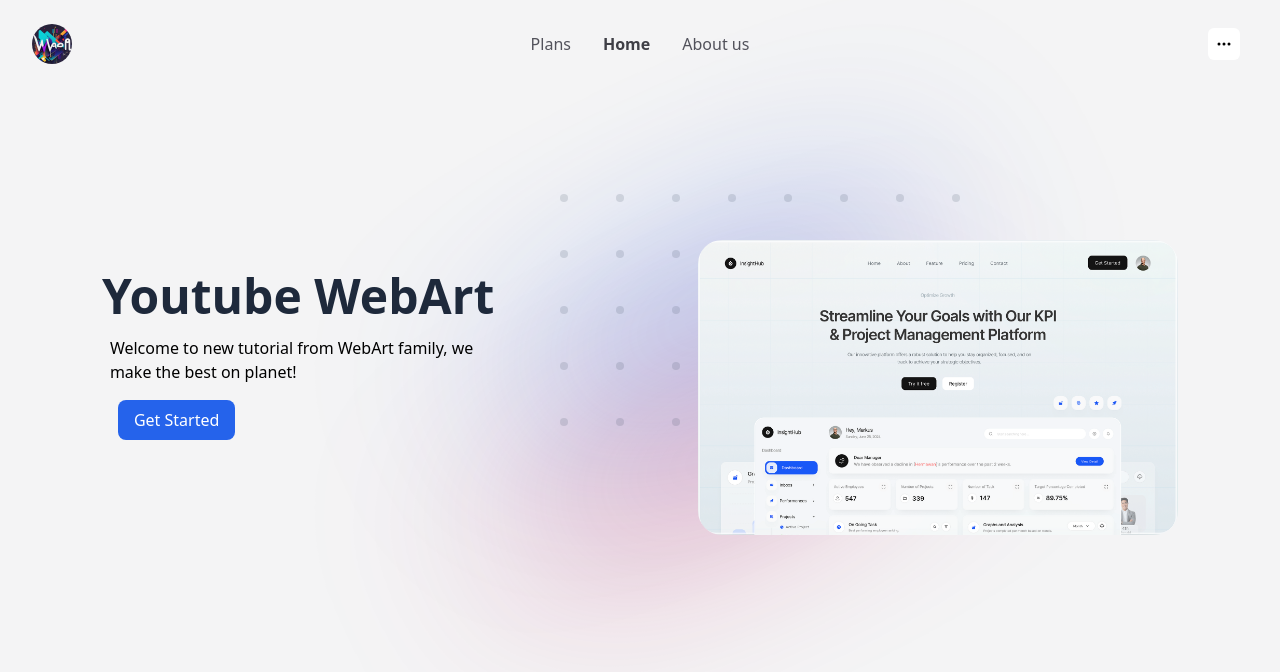
Repository: 30namp/youtube-web-art-code
Page: stunning landing page 1/index.html
These files come from the project's save history. The page is drawn as it stood at one moment and after the next save; the edit follows.
The browser window is 1280 px wide. The pictures show the whole page.

Above is the page before, as saved 2024-09-26 21:18:57.

### stunning landing page 1/index.html
<!DOCTYPE html>
<html lang="en">
  <head>
    <meta charset="UTF-8" />
    <meta name="viewport" content="width=device-width, initial-scale=1.0" />
    <title>WebArt Design</title>
    <script src="./tailwindcss.min.js"></script>
  </head>
  <body class="min-h-screen bg-zinc-100">
    <div
      class="absolute right-[25%] top-[60%] h-12 w-[30rem] rounded-[100%] rotate-[-25deg] bg-pink-700 blur-[6rem]"
    ></div>
    <div
      class="absolute right-[25%] top-[40%] h-12 w-[30rem] rounded-[100%] rotate-[-25deg] bg-blue-700 blur-[6rem]"
    ></div>
    <div
      class="grid grid-cols-8 gap-12 absolute right-[25%] top-[27%] animate-pulse"
    >
      <div class="rounded-full bg-slate-700/30 size-2 shadow-lg"></div>
      <div class="rounded-full bg-slate-700/30 size-2 shadow-lg"></div>
      <div class="rounded-full bg-slate-700/30 size-2 shadow-lg"></div>
      <div class="rounded-full bg-slate-700/30 size-2 shadow-lg"></div>
      <div class="rounded-full bg-slate-700/30 size-2 shadow-lg"></div>
      <div class="rounded-full bg-slate-700/30 size-2 shadow-lg"></div>
      <div class="rounded-full bg-slate-700/30 size-2 shadow-lg"></div>
      <div class="rounded-full bg-slate-700/30 size-2 shadow-lg"></div>
      <div class="rounded-full bg-slate-700/30 size-2 shadow-lg"></div>
      <div class="rounded-full bg-slate-700/30 size-2 shadow-lg"></div>
      <div class="rounded-full bg-slate-700/30 size-2 shadow-lg"></div>
      <div class="rounded-full bg-slate-700/30 size-2 shadow-lg"></div>
      <div class="rounded-full bg-slate-700/30 size-2 shadow-lg"></div>
      <div class="rounded-full bg-slate-700/30 size-2 shadow-lg"></div>
      <div class="rounded-full bg-slate-700/30 size-2 shadow-lg"></div>
      <div class="rounded-full bg-slate-700/30 size-2 shadow-lg"></div>
      <div class="rounded-full bg-slate-700/30 size-2 shadow-lg"></div>
      <div class="rounded-full bg-slate-700/30 size-2 shadow-lg"></div>
      <div class="rounded-full bg-slate-700/30 size-2 shadow-lg"></div>
      <div class="rounded-full bg-slate-700/30 size-2 shadow-lg"></div>
      <div class="rounded-full bg-slate-700/30 size-2 shadow-lg"></div>
      <div class="rounded-full bg-slate-700/30 size-2 shadow-lg"></div>
      <div class="rounded-full bg-slate-700/30 size-2 shadow-lg"></div>
      <div class="rounded-full bg-slate-700/30 size-2 shadow-lg"></div>
      <div class="rounded-full bg-slate-700/30 size-2 shadow-lg"></div>
      <div class="rounded-full bg-slate-700/30 size-2 shadow-lg"></div>
      <div class="rounded-full bg-slate-700/30 size-2 shadow-lg"></div>
      <div class="rounded-full bg-slate-700/30 size-2 shadow-lg"></div>
      <div class="rounded-full bg-slate-700/30 size-2 shadow-lg"></div>
      <div class="rounded-full bg-slate-700/30 size-2 shadow-lg"></div>
      <div class="rounded-full bg-slate-700/30 size-2 shadow-lg"></div>
      <div class="rounded-full bg-slate-700/30 size-2 shadow-lg"></div>
      <div class="rounded-full bg-slate-700/30 size-2 shadow-lg"></div>
      <div class="rounded-full bg-slate-700/30 size-2 shadow-lg"></div>
      <div class="rounded-full bg-slate-700/30 size-2 shadow-lg"></div>
      <div class="rounded-full bg-slate-700/30 size-2 shadow-lg"></div>
      <div class="rounded-full bg-slate-700/30 size-2 shadow-lg"></div>
      <div class="rounded-full bg-slate-700/30 size-2 shadow-lg"></div>
      <div class="rounded-full bg-slate-700/30 size-2 shadow-lg"></div>
      <div class="rounded-full bg-slate-700/30 size-2 shadow-lg"></div>
    </div>

    <!-- navbar -->
    <nav
      class="z-10 absolute top-0 left-0 right-0 flex justify-center items-center py-8 px-8"
    >
      <a href="/" class="absolute left-0 px-8">
        <img class="size-10 rounded-full" src="./assets/img/logo.jpg" alt="" />
      </a>

      <div class="options flex items-center gap-8">
        <a class="text-zinc-600" href="#">Plans</a>
        <a class="text-zinc-700 font-semibold" href="#">Home</a>
        <a class="text-zinc-600" href="#">About us</a>
      </div>

      <button
        class="absolute p-2 bg-white rounded-md right-0 mx-10 hover:scale-105 active:scale-100 transition"
      >
        <svg
          xmlns="http://www.w3.org/2000/svg"
          width="16"
          height="16"
          fill="currentColor"
          class="bi bi-three-dots"
          viewBox="0 0 16 16"
        >
          <path
            d="M3 9.5a1.5 1.5 0 1 1 0-3 1.5 1.5 0 0 1 0 3m5 0a1.5 1.5 0 1 1 0-3 1.5 1.5 0 0 1 0 3m5 0a1.5 1.5 0 1 1 0-3 1.5 1.5 0 0 1 0 3"
          />
        </svg>
      </button>
    </nav>

    <!-- hero section -->
    <div class="hero-section relative pt-60 flex justify-around items-start">
      <div class="content flex flex-col items-start gap-4 pt-8">
        <h1 class="text-5xl font-bold text-slate-800">Youtube WebArt</h1>
        <p class="description w-96 ml-2">
          Welcome to new tutorial from WebArt family, we make the best on
          planet!
        </p>
        <button
          class="ml-4 px-4 py-2 rounded-lg bg-blue-600 text-white hover:scale-105 active:scale-100 transition"
        >
          Get Started
        </button>
      </div>
      <img class="w-[30rem] rounded-3xl" src="./assets/img/img.png" alt="" />
    </div>
  </body>
</html>

Loaded but not shown: stunning landing page 1/tailwindcss.min.js (library)

After the next save:
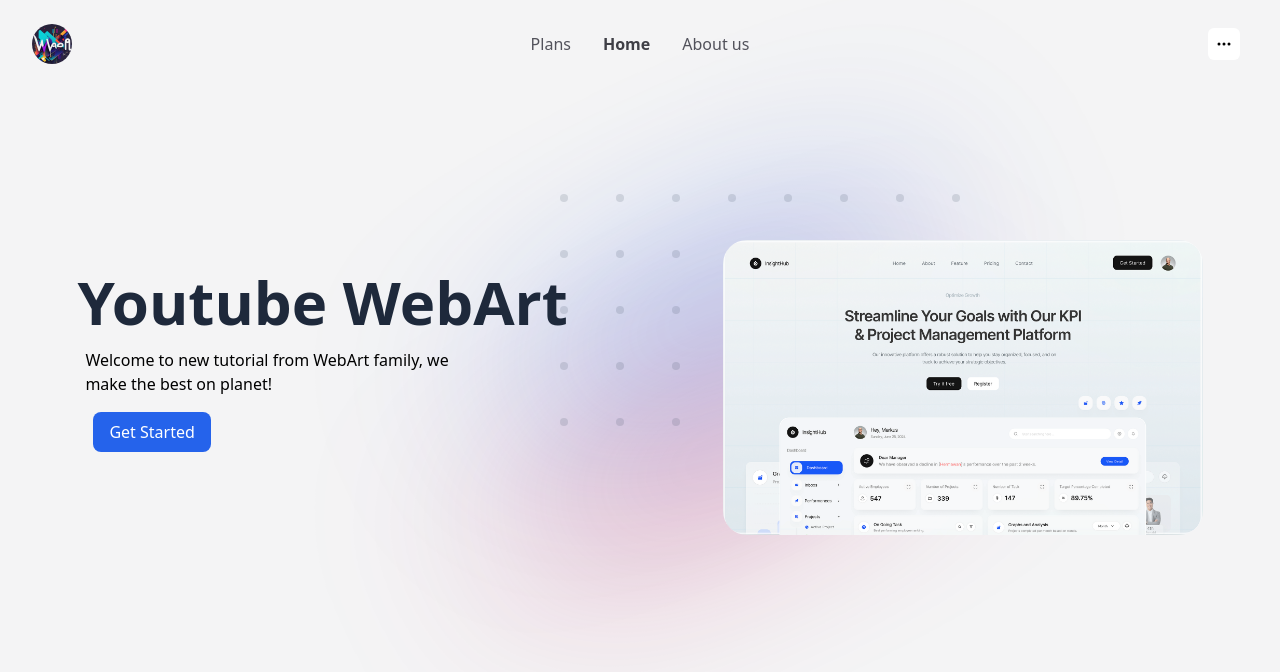
Saved 15 s later.
--- a/stunning landing page 1/index.html
+++ b/stunning landing page 1/index.html
@@ -93,7 +93,7 @@
     <!-- hero section -->
     <div class="hero-section relative pt-60 flex justify-around items-start">
       <div class="content flex flex-col items-start gap-4 pt-8">
-        <h1 class="text-5xl font-bold text-slate-800">Youtube WebArt</h1>
+        <h1 class="text-6xl font-bold text-slate-800">Youtube WebArt</h1>
         <p class="description w-96 ml-2">
           Welcome to new tutorial from WebArt family, we make the best on
           planet!
